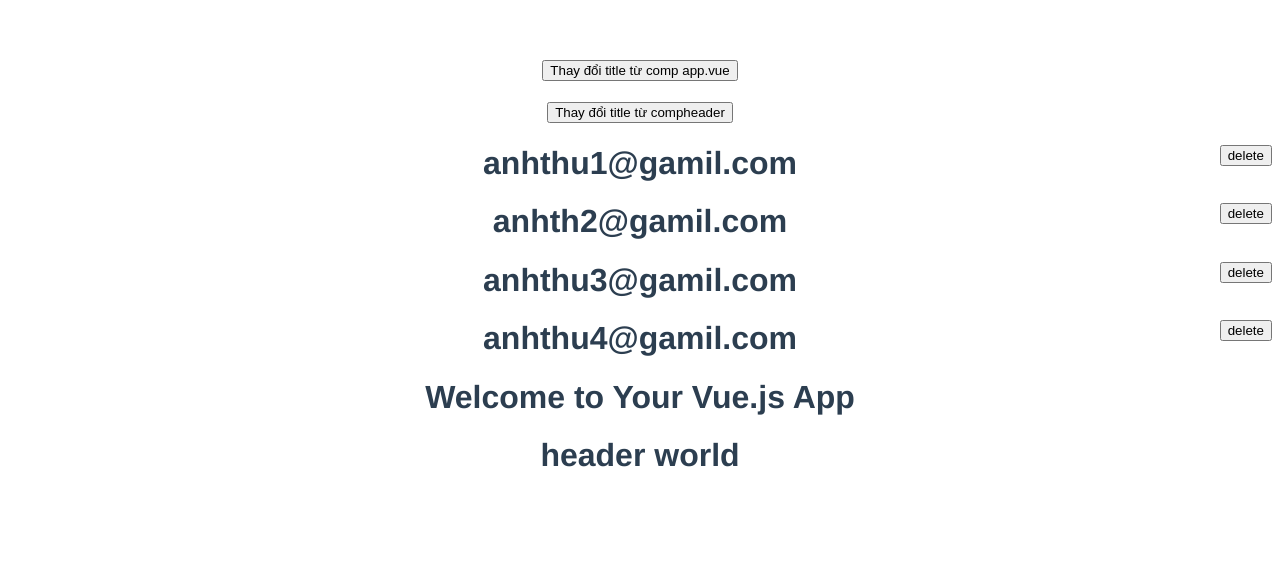
Repository: anhthu112/Todo-list
Page: /
The author's editor kept a copy of each file at every save. The page is drawn from the files as they stood at one save, then again after the next save.
The browser window is 1280 px wide. The pictures show the whole page.
The project was rebuilt for these pictures with package versions that can differ from the ones it lists, and the page was loaded fresh each time. Also part of the build but not shown: vue.config.js.

Above is the page before, as saved 2024-01-24 15:17:22.

### src/App.vue
<template>
  <div class="container">
    <button v-on:click="title='Yoon Jeonghan'">Thay đổi title từ comp app.vue</button>
    <CompHeader v-bind:titleHeader="title"/>
    <ListUser v-bind:listUser="listUser"/>
    <HelloWorld msg="Welcome to Your Vue.js App"/>
    <ComFooter v-bind:title="title"/>
    <!-- <DemoRef/>  -->
    <!-- <> -->
  </div>

</template>

<script>
import HelloWorld from './components/HelloWorld.vue'
import CompHeader from './components/CompHeader.vue';
import ComFooter from './components/ComFooter.vue';
import ListUser from './components/ListUser.vue';
// import DemoRef from './components/DemoRef.vue';
export default {
  name: 'App',
  data(){
    return {
      title:'header world',
      listUser : [
        {id:1000, email:'anhthu1@gamil.com', active: true},
        {id:1001, email:'anhth2@gamil.com', active: true},
        {id:1002, email:'anhthu3@gamil.com', active: true},
        {id:1003, email:'anhthu4@gamil.com', active: false}
      ]
    }
  },
  components: {
    HelloWorld,
    CompHeader,
    ComFooter,
    ListUser
},
  methods:{
    handleChangeTitle(){
      this.title='title do header doi';
      console.log('sucess');
    }
  }
}
</script>

<style>
#app {
  font-family: Avenir, Helvetica, Arial, sans-serif;
  -webkit-font-smoothing: antialiased;
  -moz-osx-font-smoothing: grayscale;
  text-align: center;
  color: #2c3e50;
  margin-top: 60px;
}
</style>

### src/components/CompHeader.vue
<template>
    <header><h1>{{ title }}</h1></header>
    <button v-on:click="changeHeader">Thay đổi title từ compheader</button>
</template>
<script>
    export default{
        name: 'comp-header',
        props:{
            title: String,
        },
        data (){
            return {
            }
        },
        methods:{
        }
    }
</script>

### src/components/ComFooter.vue
<template>
    <footer>
            <h1>{{ title }}</h1>
    </footer>

</template>
<script>
    export default{
        name: 'comp-footer',
        props: {
            title: String,
        }
    }
</script>

### src/components/ListUser.vue
<template>
    <div class="list-user">
      <User v-for="user in listUser" v-bind:key="user.id" v-bind:user="user" />
    </div>
</template>

  <script>
  import User from './User.vue';
  export default {
    name: 'ListUser',
    props: {
      listUser: {
        type: Array,
      },
    },
    components: {
      User,
    },
  };
  </script>

### src/components/User.vue
<template>
    <div class="user">
        <h1>{{ user.email }}</h1>
        <button class="delete"
        v-on:click="handleDelete"
        >delete</button>
    </div>
</template>
<script>
    export default {
        name: 'userComponent',
        props:{
            user : {
                type: Object,
            }
        },
        methods:{
            handleDelete(e){
                console.log(e);
            }
        },
        data (){
            return {

            }
        }
    }
</script>
<style>
    .user{
        position: relative;
    }
    .delete{
        position: absolute;
        top:0;
        right:0;
    }
</style>

Loaded but not shown: public/index.html (common file); src/main.js (common file); src/components/HelloWorld.vue (common file)

After the next save:
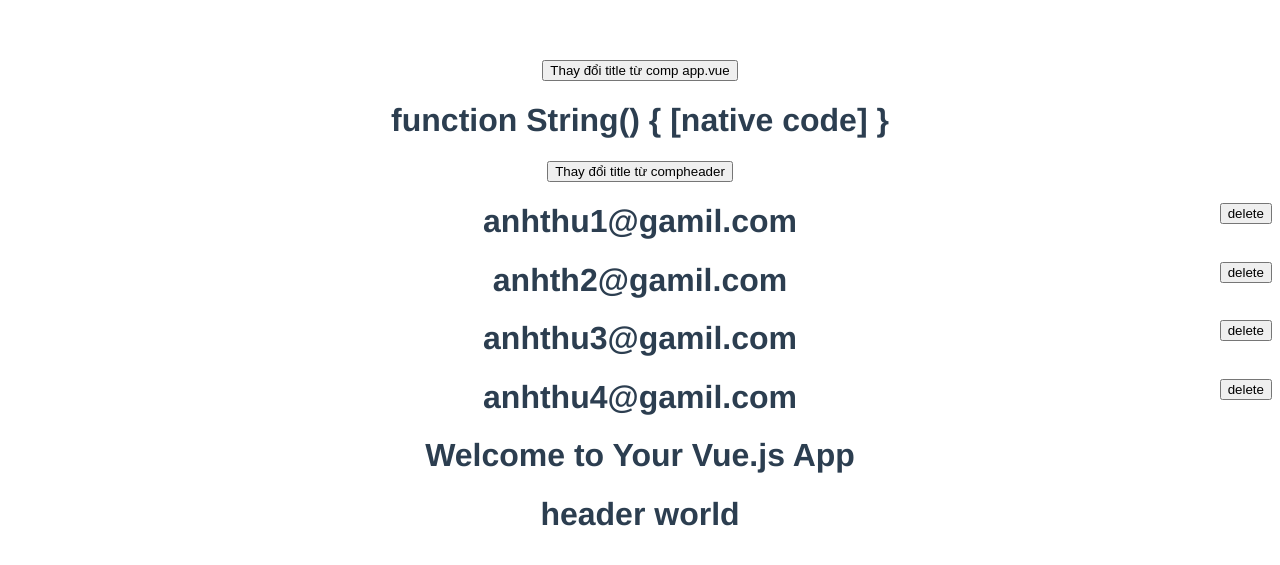
Saved 2 min 18 s later.
--- a/src/components/CompHeader.vue
+++ b/src/components/CompHeader.vue
@@ -10,6 +10,7 @@
         },
         data (){
             return {
+                title: String,
             }
         },
         methods:{

After the save that followed:
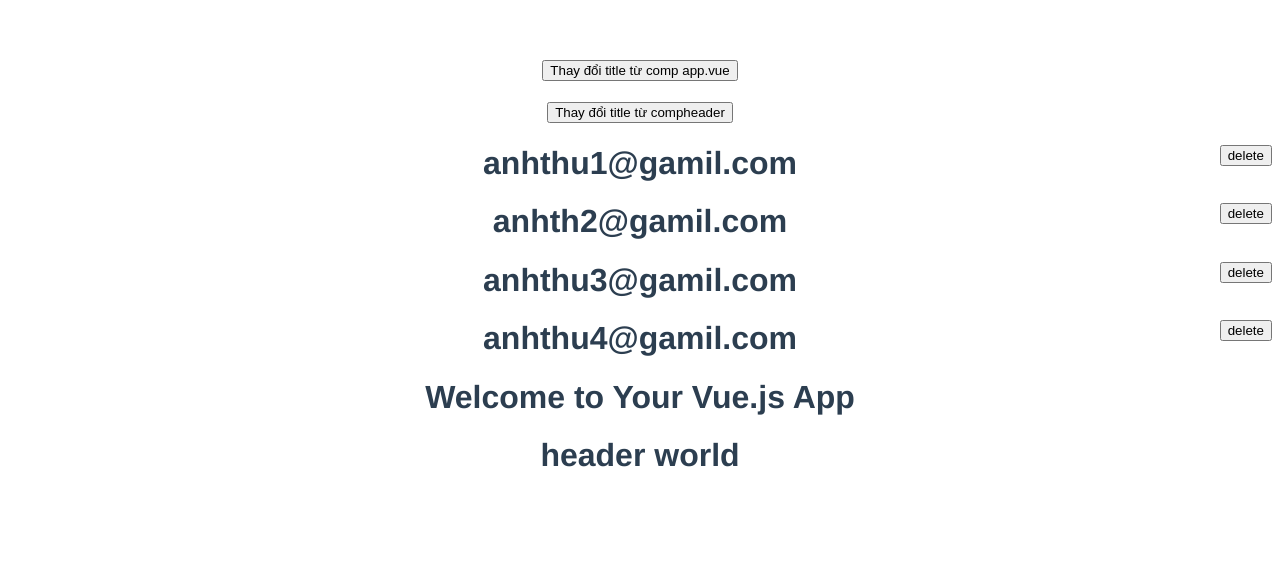
Saved 20 s later.
--- a/src/components/CompHeader.vue
+++ b/src/components/CompHeader.vue
@@ -10,7 +10,6 @@
         },
         data (){
             return {
-                title: String,
             }
         },
         methods:{
